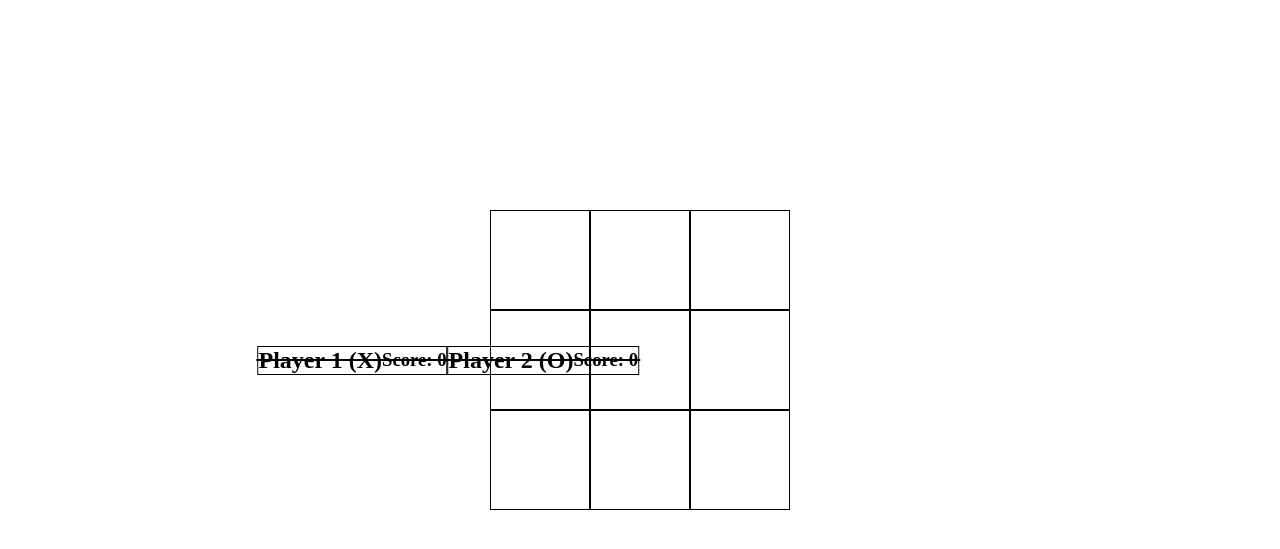
Repository: Dimitris2031/Tic-Tac-Toe
Page: main.html
The author's editor kept a copy of each file at every save. The page is drawn from the files as they stood at one save, then again after the next save.
The browser window is 1280 px wide. The pictures show the whole page.

Above is the page before, as saved 2025-09-05 23:45:46.

### main.html
<!DOCTYPE html>
    <head>
        <title>Rock Paper Sciscor Project</title>
        <link rel="stylesheet" href="main.css">
    </head>
    <body>
        <div class="scoreboard">
            <div class="player1">
                <h2>Player 1 (X)</h2>
                <h3 id="player1score">Score: 0</h3>
            </div>
            <div class="player2">
                <h2>Player 2 (O)</h2>
                <h3 id="player2score">Score: 0</h3>
            </div>
        </div>
        <main class="main">
            <div></div>
            <div></div>
            <div></div>
            <div></div>
            <div></div>
            <div></div>
            <div></div>
            <div></div>
            <div></div>
        </main>
        <script src="main.js"></script>
    </body>

</html>

### main.css
*{
    margin: 0;
    padding: 0;
    box-sizing: border-box;
}
body{
    display: flex;
    align-items: center;
    justify-content: center;
    min-height: 100vh;
}

main{
    display: grid;
    width: 300px;
    height: 300px;
    grid-template-columns: repeat(3,1fr);
    grid-template-rows: repeat(3,1fr);

}

div{
    border: 1px solid black;
    display: flex;
    align-items: center;
    justify-content: center;
}

.scoreboard{
    position: absolute;
    top: 50%;
    bottom: 50%;
    transform:translate(-50%,-50%);
    text-align: center;
}

### main.js

const Gameboard = (() => {
    const GameboardArray = new Array(9).fill(null);
    const winningConditions = [
        [0, 1, 2],
        [3, 4, 5],
        [6, 7, 8],

        [0, 3, 6],
        [1, 4, 7],
        [2, 5, 8],

        [0, 4, 8],
        [2, 4, 6]
    ];
    function updateBoard(index, marker){
        GameboardArray[index] = marker;
        document.getElementById(index).textContent = marker;
    }
    return {
        updateBoard,
        winningConditions,
        GameboardArray};
    })();


const GameReferee = (() => {
    let currIndex = 1;
    let player1 = playerFactory('player1','X',0);
    let player2 = playerFactory('player2','O',0);
    const players = [player1,player2];
    function checkPlayerTurn(){
        currIndex = 1 - currIndex;
        players[currIndex];
        return players[currIndex];
    }

    function checkWin(){
        for (let condition of Gameboard.winningConditions){
            const [a,b,c] = condition;
            if (Gameboard.GameboardArray[a] && Gameboard.GameboardArray[a] === Gameboard.GameboardArray[b] && Gameboard.GameboardArray[a] === Gameboard.GameboardArray[c]){
                if (Gameboard.GameboardArray[a] === 'X'){
                    alert(`${Gameboard.GameboardArray[a]} wins!`);
                    player1.score += 1;
                    return true;
                }else{
                    alert(`${Gameboard.GameboardArray[a]} wins!`);
                    player2.score += 1;
                    return true;
                }
            }
        }
    }
    function resetGame(){
        Gameboard.GameboardArray.fill(null);
        document.querySelectorAll('div').forEach((div) => {
            div.textContent = '';
        });
        currIndex = 1;
    }

    return {
        checkWin,
        checkPlayerTurn,
        resetGame
    };
})();

function playerFactory(name,marker,score){
    return{
        name: name,
        marker: marker,
        score: score

    }
}


document.querySelectorAll('div').forEach((div,i) => {
    div.id = i;
    div.addEventListener('click', async () => {
        if (Gameboard.GameboardArray[div.id] == null){
            Gameboard.updateBoard(div.id, GameReferee.checkPlayerTurn().marker);
            if (GameReferee.checkWin()){
                GameReferee.resetGame();
            }else if (!Gameboard.GameboardArray.includes(null)){
                alert("It's a tie!");
                GameReferee.resetGame();
            }
        }
    });
});

After the next save:
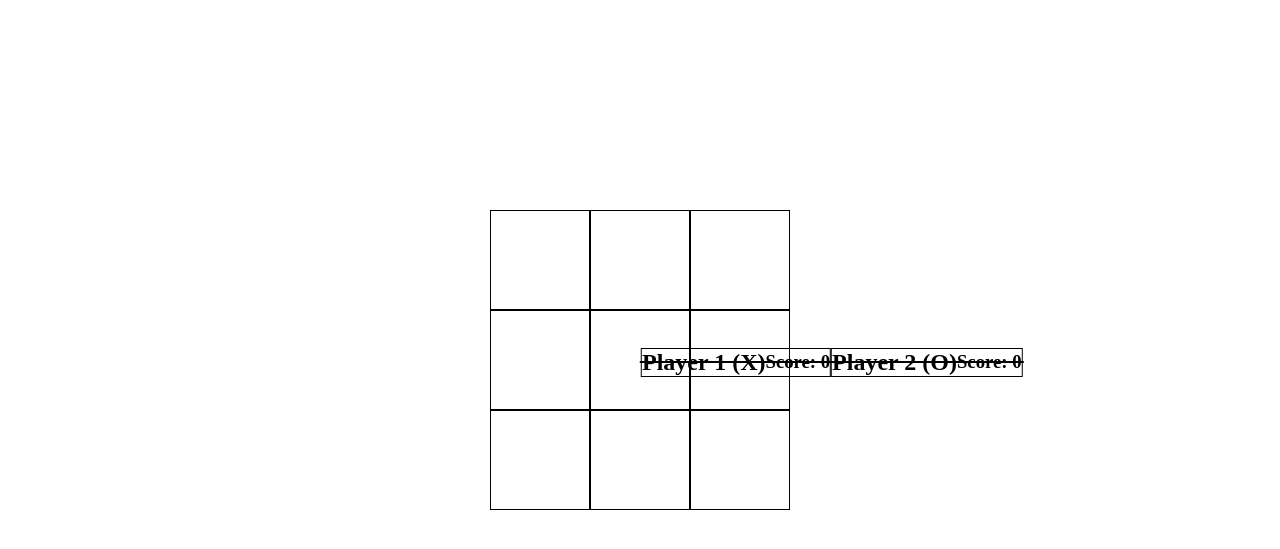
Saved 8 s later.
--- a/main.css
+++ b/main.css
@@ -30,6 +30,5 @@ div{
     position: absolute;
     top: 50%;
     bottom: 50%;
-    transform:translate(-50%,-50%);
-    text-align: center;
+    transform:translate(50%,50%);
 }
